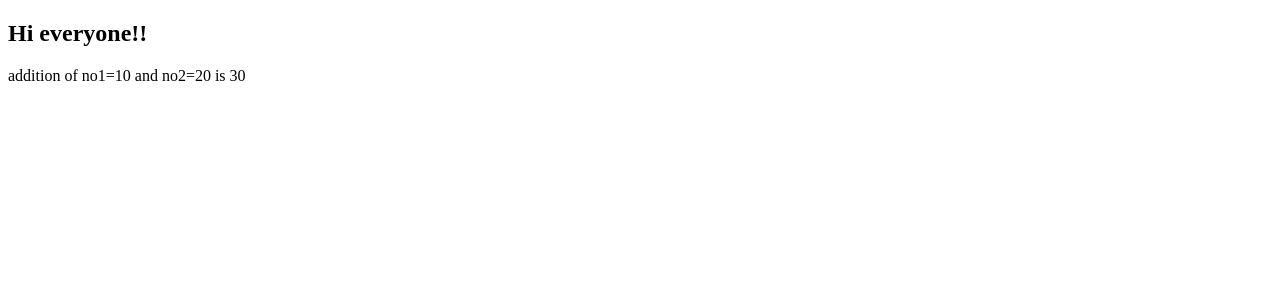
Repository: AwareSelf/JavaTrainingPublic
Page: 15Sep/webapp_1sepbatch/HtmlJSWeb/src/main/webapp/index.html
These files come from the project's save history. The page is drawn as it stood at one moment and after the next save; the edit follows.
The browser window is 1280 px wide. The pictures show the whole page.

Above is the page before, as saved 2022-09-14 05:19:08.

After the next save:
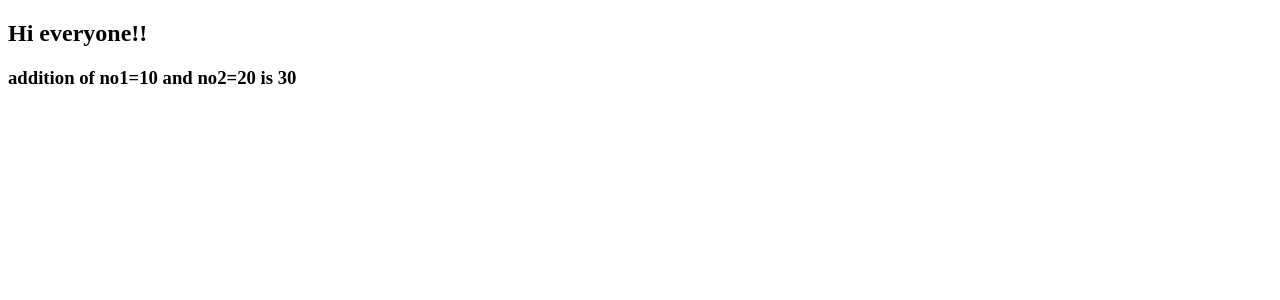
Saved 40 s later.
--- a/15Sep/webapp_1sepbatch/HtmlJSWeb/src/main/webapp/index.html
+++ b/15Sep/webapp_1sepbatch/HtmlJSWeb/src/main/webapp/index.html
@@ -30,7 +30,7 @@
   var s = func(no1,no2);
   alert("sum is "+s);
 
-  document.write("addition of no1="+no1+" and no2="+no2+" is "+s);
+  document.write("<h3>addition of no1="+no1+" and no2="+no2+" is "+s+"</h3>");
 </script>
 </body>
 </html>
